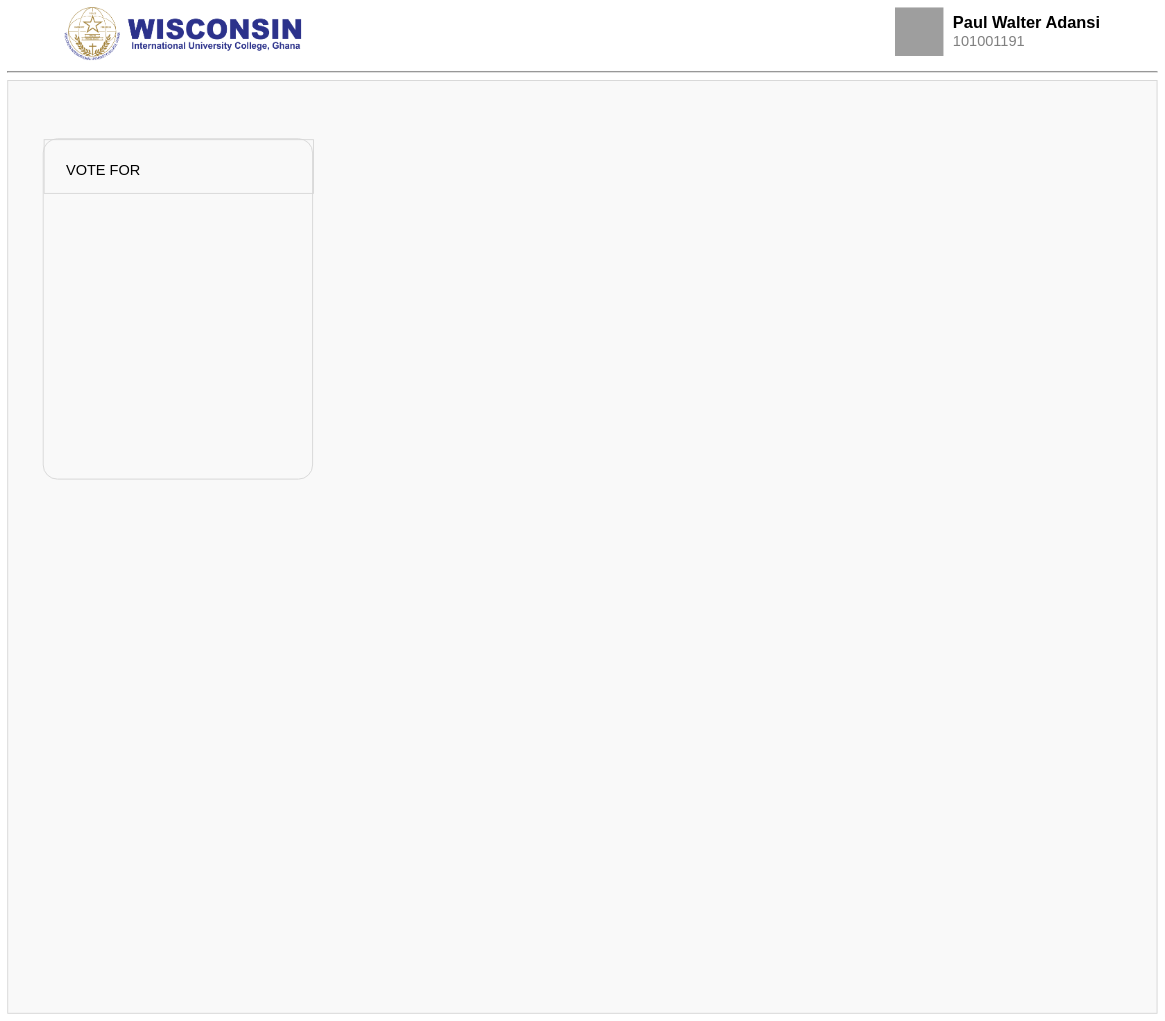
Repository: exe-walt/Voting-System-Project
Page: new.html
The author's editor kept a copy of each file at every save. The page is drawn from the files as they stood at one save, then again after the next save.
The browser window is 1280 px wide. The pictures show the whole page, at 91% of full size.
Pictures or frames that could not be fetched are drawn as grey boxes.

Above is the page before, as saved 2025-04-01 14:48:19.

### new.html
<!DOCTYPE html>
<html lang="en">
<head>
  <meta charset="UTF-8">
  <meta name="viewport" content="width=device-width, initial-scale=1.0">
  <title>Document</title>
  <link rel="stylesheet" href="new.css">
</head>
<body>

  <!-- Navbar-->
  <div class="nav-bar">
          <div class="logomain">
            <img class="logo" src="img/wiuclogofull.png" alt="WIUC Logo"/>
          </div>

          <div class="profile">
            <img class="img" src="img/walt.png" alt="student profile">
              <div class="student-details">
                <div class="student-name">Paul Walter Adansi</div>
                <div class="student-id">101001191</div>
              </div>
          </div>
    </div>
    <hr class="line"/>
    <!-- End of Navbar -->

    <div class="content">
      <div class="content-container">
        <div class="left-container">
          <div class="card-inner">
            <div class="vote-txt">
            <p>VOTE FOR</p>
          </div>
          </div>

        </div>
      </div>
    </div>

</body>
</html>

### new.css
*{
  font-family: 'Tenorite', sans-serif;
}

.nav-bar {
  display: flex;
  margin-left: 5%;
  margin-right: 5%;
  justify-content: space-between;
}

.nav-bar .logo {
  width: 262px;
  height: 58px;
}

.nav-bar img {
  width: 54px;
  height: 54px;
}

.profile{
  display: flex;
}

.profile img{
  width: 54px;
  height: 54px;
}

.profile .student-details{
  display: flex;
  flex-direction: column;
  margin-top: 7px;
  margin-left: 10px;
}

.profile .student-details .student-name{
  font-size: 18px;
  font-weight: 750;
  color: #000000;
}

.profile .student-details .student-id{
  font-size: 16px;
  font-weight: 400;
  color: #808080;
}

hr{
  border-color: #d7d7d7;
  border-width: 1px;
}

.content{
  background-color: #f9f9f9;
  display: flex;
  flex-direction: row;
  justify-content: center;
  width: 100%;
}

.content-container{
  background-color: #f9f9f9;
  width: 1440px;
  height: 1024px;
  border: 1px solid #d7d7d7;
}

.left-container{
  border: 1px solid #d7d7d7;
  width: 295px;
  height: 373px;
  margin-left: 3%;
  margin-top: 5%;
  border-radius: 16px;
}

.card-inner{
  border: 1px solid #d7d7d7;
  width: 295px;
}

.left-container .vote-txt{
  margin-left: 8%;
  margin-top: 8%;
}

.left-container p{
  font-size: 16px;
  font-weight: 400;
  color: #000000;
}

After the next save:
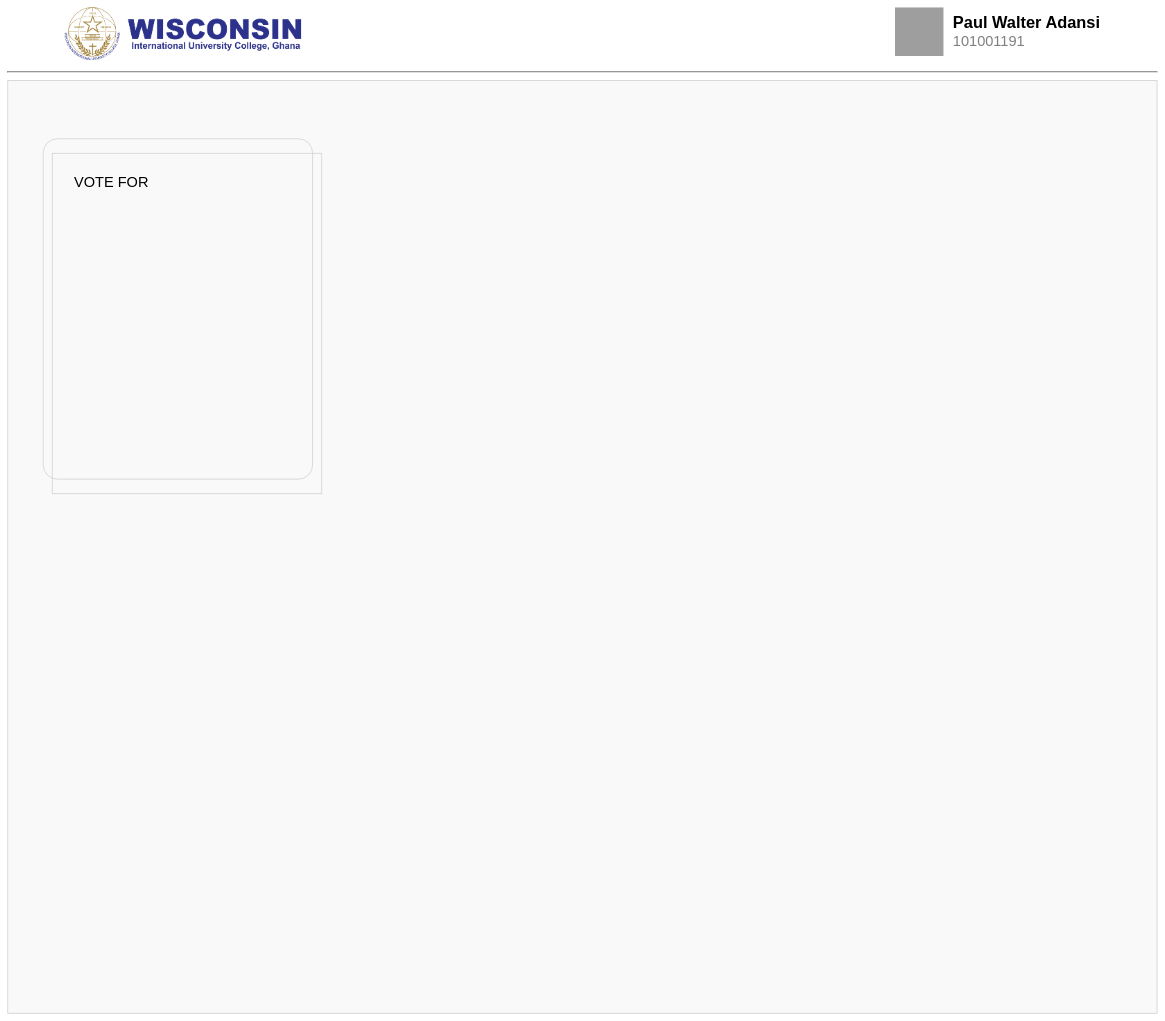
Saved 4 s later.
--- a/new.css
+++ b/new.css
@@ -79,6 +79,9 @@
 .card-inner{
   border: 1px solid #d7d7d7;
   width: 295px;
+  height: 373px;
+  margin-left: 3%;
+  margin-top: 5%;
 }
 
 .left-container .vote-txt{
